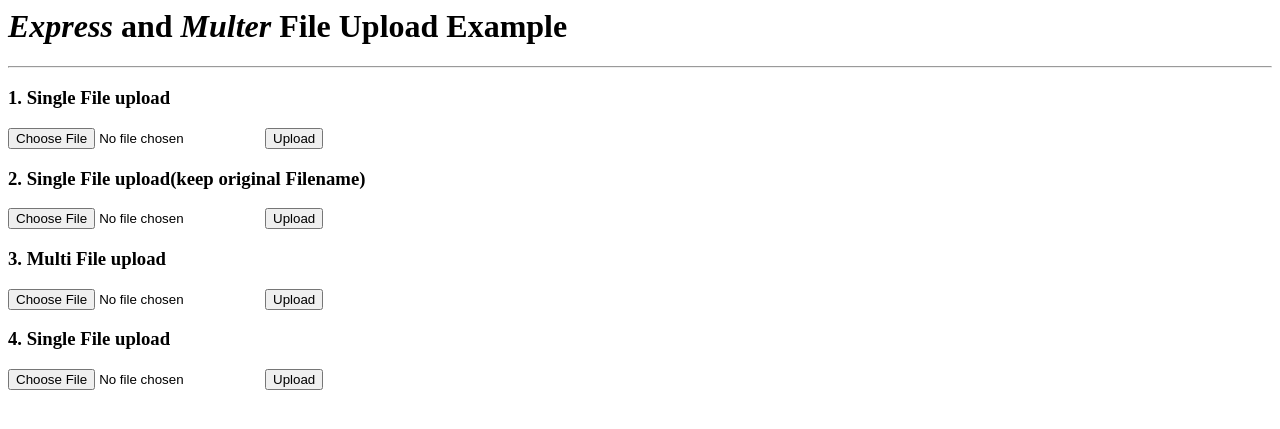
Repository: pys5205/anew
Page: http://localhost/
The author's editor kept a record of every edit. The page is drawn from the files as they stood at one moment, then again after the next edit.
The browser window is 1280 px wide. The pictures show the whole page.
The page is served by the project's Node server (node/multer/app.js).

Above is the page before.

### node/multer/views/upload.ejs
<h1><i>Express</i> and <i>Multer</i> File Upload Example</h1>
<hr>

<h3>1. Single File upload</h3>
<from action="./uploadFile" enctype="multipart/form-data" method="post">
  <input type="file" name="attachment">
  <button type="submit" class="btn btn-primary">Upload</button>
</from>

<h3>2. Single File upload(keep original Filename)</h3>
<from action="./uploadFileWithOriginalFilename" enctype="multipart/form-data" method="post">
  <input type="file" name="attachment">
  <button type="submit" class="btn btn-primary">Upload</button>
</from>

<h3>3. Multi File upload</h3>
<from action="./uploadFiles" enctype="multipart/form-data" method="post">
  <input type="file" name="attachments">
  <button type="submit" class="btn btn-primary">Upload</button>
</from>

<h3>4. Single File upload</h3>
<from action="./uploadFile" enctype="multipart/form-data" method="post">
  <input type="file" name="attachment">
  <button type="submit" class="btn btn-primary">Upload</button>
</from>

### node/multer/app.js
const express = require('express');
const morgan = require('morgan');
const path = require('path');
const app = express();
const bodyParser = require('body-parser');
const cookieParser = require('cookie-parser');
const router = express.Router();

// view engine setup
app.set('views', path.join(__dirname, 'views'))
app.set('view engine','ejs')
app.set('port', process.env.PORT || 3000)

app.use(morgan('dev'));
app.use(bodyParser.json());
app.use(bodyParser.urlencoded({ extended: false }));
app.use(cookieParser());

// routes setup
var main = require('./routes/main.js');
app.use('/', main);

app.listen(app.get('port'), () =>{
	console.log('3000 Port : 서버 실행 중')
});

### node/multer/routes/main.js
const express = require('express');
var router = express.Router();
var multer = require('multer');

var storage = multer.diskStorage({
    destination(req, file, cb) {
        cb(null, 'uploadedFiles/');
    },
    filename(req, file, cb) {
        cb(null, `${Date.now()}__${file.originalname}`)
    }
})

var upload = multer({ dest : 'uploadedFiles/' })
var uploadWithOriginalFilename = multer({ storage : storage })

router.get('/', function(req, res) {
    res.render('upload');
})

router.post('/uploadFile', upload.single('attachment'), function(req, res) {
    res.render('confirmation', { file : req.file, files : null});
})

router.post('/uploadFileWithOriginalFilename', uploadWithOriginalFilename.single('attachment'), function(req, res) {
    res.render('confirmation', { file : req.file, files : null});
})

router.post('/uploadFiles', upload.array('attachments'), function(req, res) {
    res.render('confirmation', { file : null, files : req.files });
})

router.post('/uploadFilesWithOriginalFilename', uploadWithOriginalFilename.array('attachments'), function(req, res) {
    res.render('confirmation', { file : null, files : req.files });
})

module.exports = router;

After the next edit:
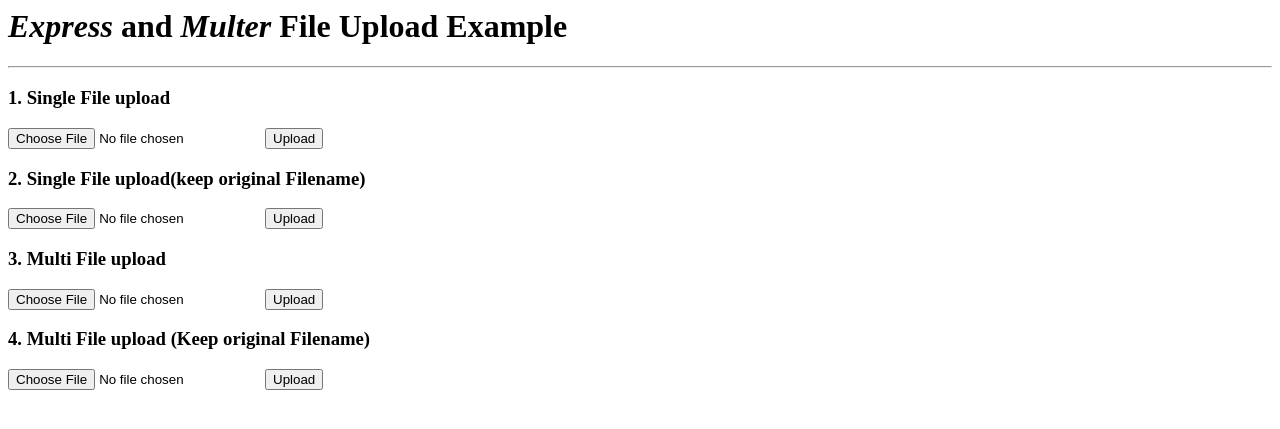
The edit:
--- a/node/multer/views/upload.ejs
+++ b/node/multer/views/upload.ejs
@@ -19,7 +19,7 @@
   <button type="submit" class="btn btn-primary">Upload</button>
 </from>
 
-<h3>4. Single File upload</h3>
+<h3>4. Multi File upload (Keep original Filename)</h3>
 <from action="./uploadFile" enctype="multipart/form-data" method="post">
   <input type="file" name="attachment">
   <button type="submit" class="btn btn-primary">Upload</button>
